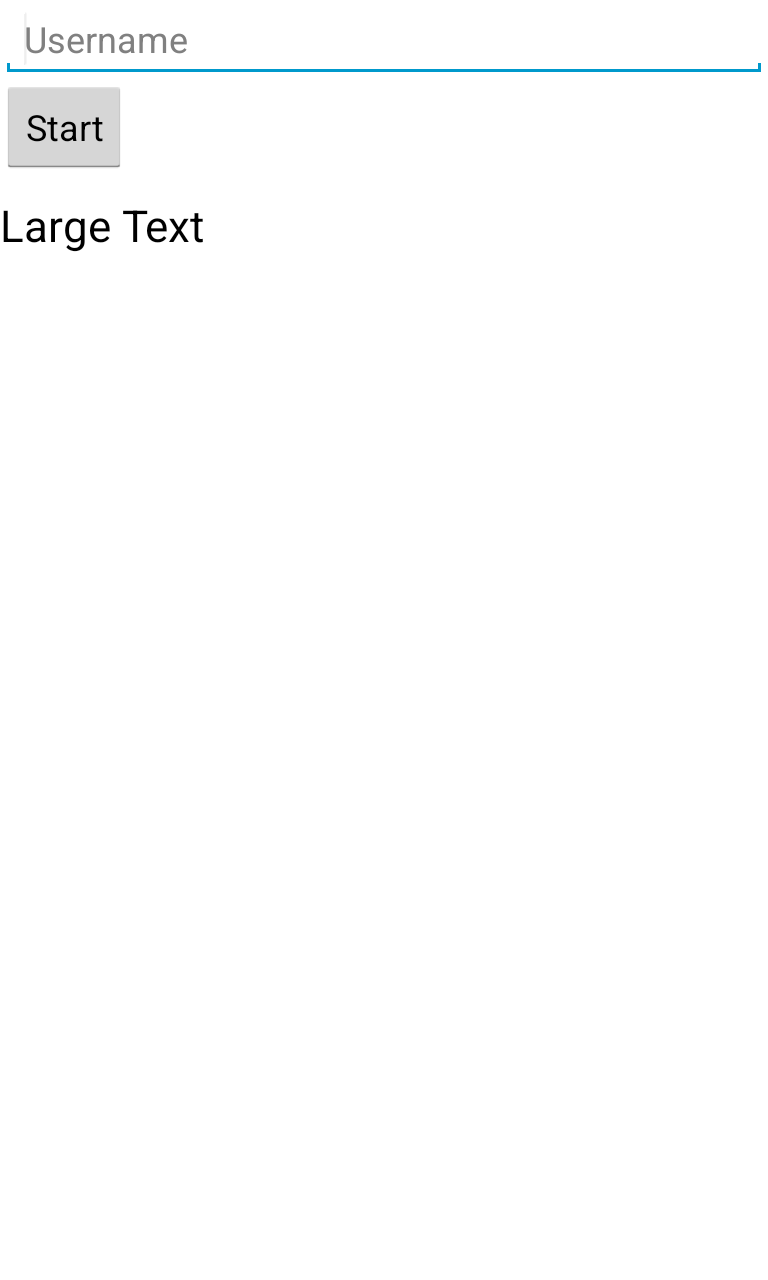
Repository: NickGeek/WiN
Layout: Android/WiN/res/layout/activity_main.xml
These files come from the project's save history. The layout is drawn as it stood at one moment and after the next save; the edit follows.
It is drawn on a 768 x 1280 px phone screen (xhdpi) without system bars, with theme AppTheme; the app's code is not run.

Above is the layout before, as saved 2013-11-02 23:18:41.

After the next save:
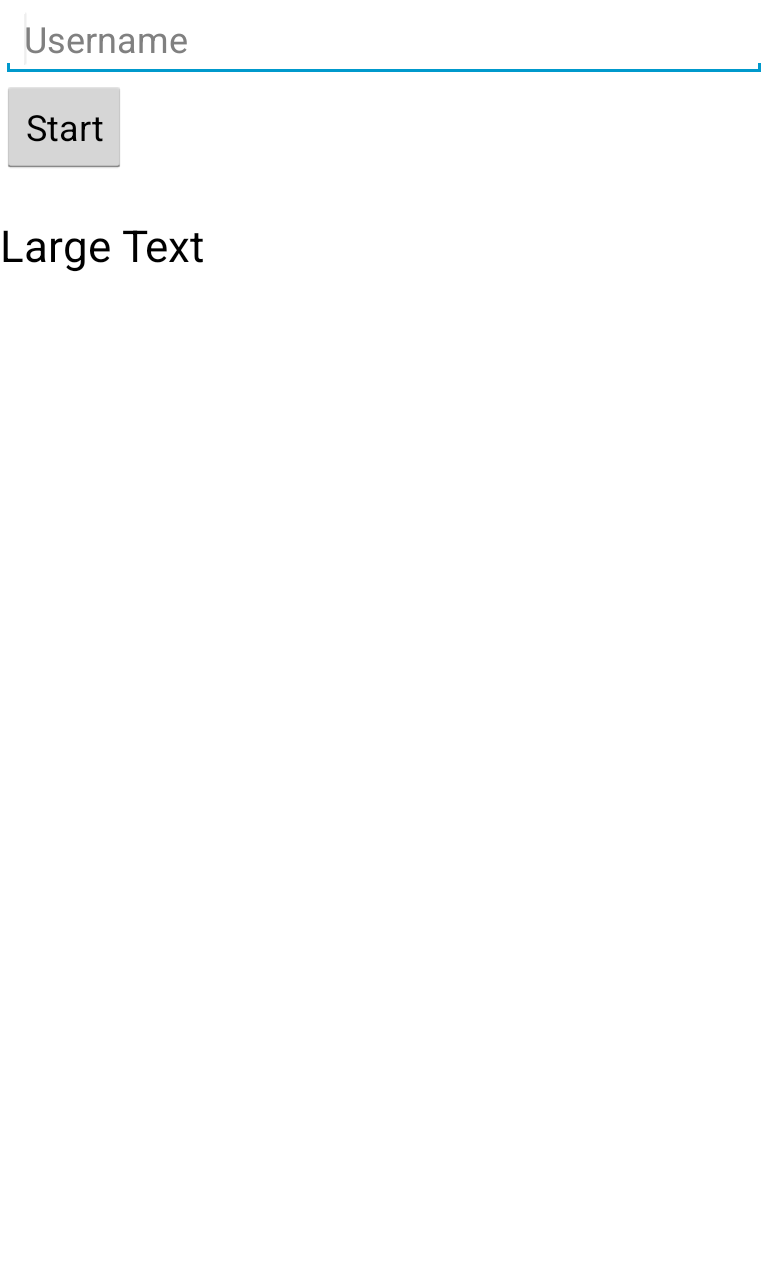
Saved 14 s later.
--- a/Android/WiN/res/layout/activity_main.xml
+++ b/Android/WiN/res/layout/activity_main.xml
@@ -21,7 +21,7 @@
 
     <Space
         android:layout_width="match_parent"
-        android:layout_height="10dp" />
+        android:layout_height="20dp" />
 
     <TextView
         android:id="@+id/textView1"
